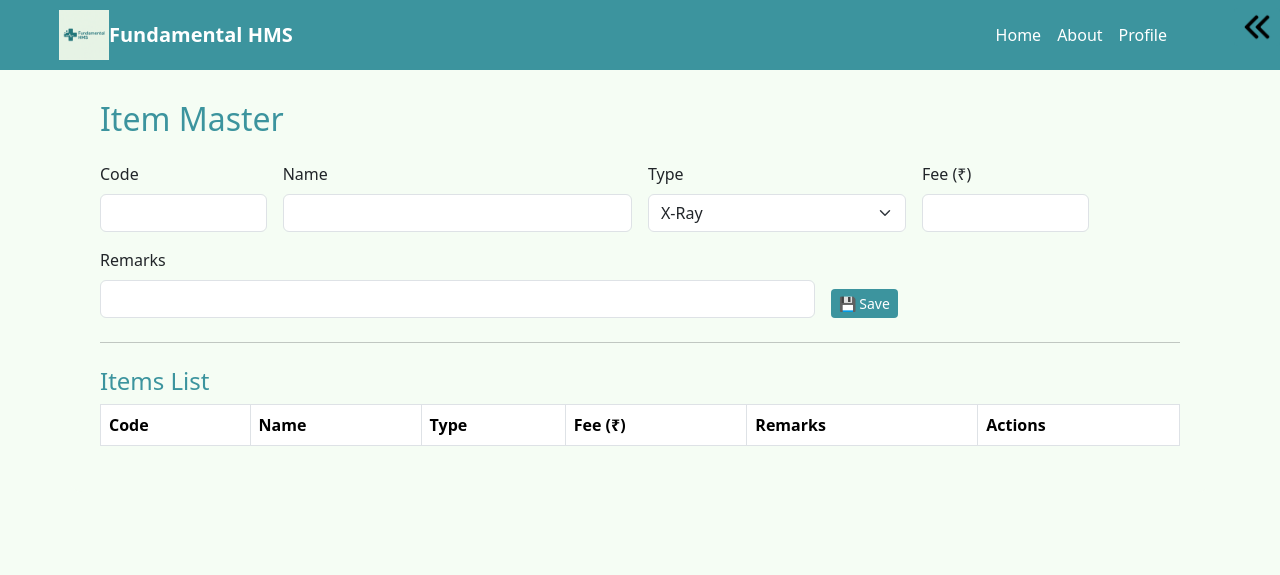
Repository: NAGENDRAN0/New
Page: http://localhost/master
An editor plug-in stored every save of this project. The page is shown before and after the next save, followed by the edit.
The browser window is 1280 px wide. The pictures show the whole page.
The page is this project's Thymeleaf template; nobody is signed in. The template is opened directly, without the code that normally fills it, so the values that code supplies are empty.

Above is the page before, as saved 2025-05-15 11:10:28.

After the next save:
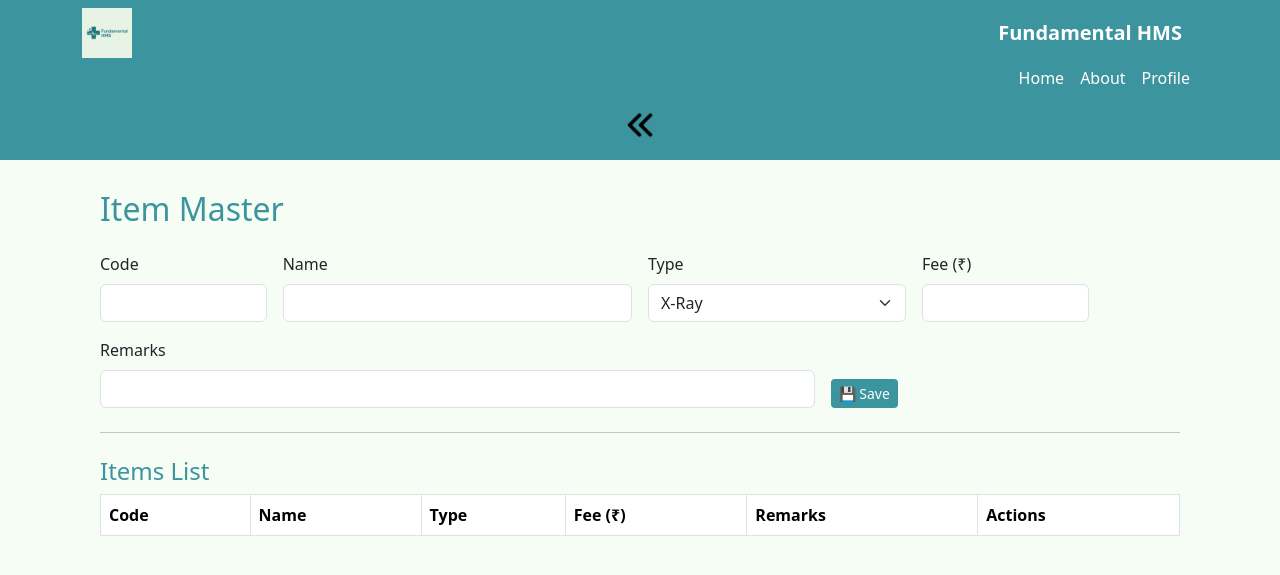
Saved 26 s later.
--- a/Documents/workspace-spring-tool-suite-4-4.25.0.RELEASE/HMS/src/main/resources/templates/master.html
+++ b/Documents/workspace-spring-tool-suite-4-4.25.0.RELEASE/HMS/src/main/resources/templates/master.html
@@ -11,34 +11,38 @@
 </head>
 <body class="">
 	<nav class="navbar navbar-expand-lg navbar-dark" style="background-color: #3C949E;">
-			<div class="container d-flex align-items-center">
-				<img th:src=@{/image/Logo.png} class="logo" width="50" height="50"/>
-				<a class="navbar-brand d-flex align-items-center" th:href="@{/}" style="color: white; font-weight: bold;">Fundamental HMS</a>
-				<button class="navbar-toggler" type="button" data-bs-toggle="collapse" data-bs-target="#navbarNav"
-					aria-controls="navbarNav" aria-expanded="false" aria-label="Toggle navigation">
-					<span class="navbar-toggler-icon"></span>
-				</button>
-				<div class="collapse navbar-collapse" id="navbarNav">
-					<ul class="navbar-nav ms-auto">
-						<li class="nav-item">
-							<a class="nav-link active" th:href="@{/}" style="color: white;">Home</a>
-						</li>
-						<li class="nav-item">
-							<a class="nav-link" th:href="@{/features}" style="color: white;">About</a>
-						</li>
-						<li class="nav-item">
-							<a class="nav-link" th:href="@{/contact}" style="color: white;">Profile</a>
-						</li>
-					</ul>
-				</div>
-			</div>
-			<div class="d-flex justify-content-center mb-3">
-			  <a href="/" class="btn btn-sm btn-custom">
-			    <img src="/image/back.png" height="30" width="30" alt="Back"/>
-			  </a>
-			</div>
+	  <div class="container d-flex flex-column align-items-center">
+	    <div class="d-flex align-items-center w-100 justify-content-between">
+	      <img th:src=@{/image/Logo.png} class="logo" width="50" height="50"/>
+	      <a class="navbar-brand d-flex align-items-center" th:href="@{/}" style="color: white; font-weight: bold;">Fundamental HMS</a>
+	      <button class="navbar-toggler" type="button" data-bs-toggle="collapse" data-bs-target="#navbarNav"
+	          aria-controls="navbarNav" aria-expanded="false" aria-label="Toggle navigation">
+	        <span class="navbar-toggler-icon"></span>
+	      </button>
+	    </div>
 
-		</nav>
+	    <div class="collapse navbar-collapse w-100" id="navbarNav">
+	      <ul class="navbar-nav ms-auto">
+	        <li class="nav-item">
+	          <a class="nav-link active" th:href="@{/}" style="color: white;">Home</a>
+	        </li>
+	        <li class="nav-item">
+	          <a class="nav-link" th:href="@{/features}" style="color: white;">About</a>
+	        </li>
+	        <li class="nav-item">
+	          <a class="nav-link" th:href="@{/contact}" style="color: white;">Profile</a>
+	        </li>
+	      </ul>
+	    </div>
+
+	    <div class="d-flex justify-content-center my-2 w-100">
+	      <a href="/" class="btn btn-sm btn-custom">
+	        <img src="/image/back.png" height="30" width="30" alt="Back"/>
+	      </a>
+	    </div>
+	  </div>
+	</nav>
+
 
 
   <div class="container" style="background-color: #f5fdf4; border-radius: 12px; padding: 30px;">

After the save that followed:
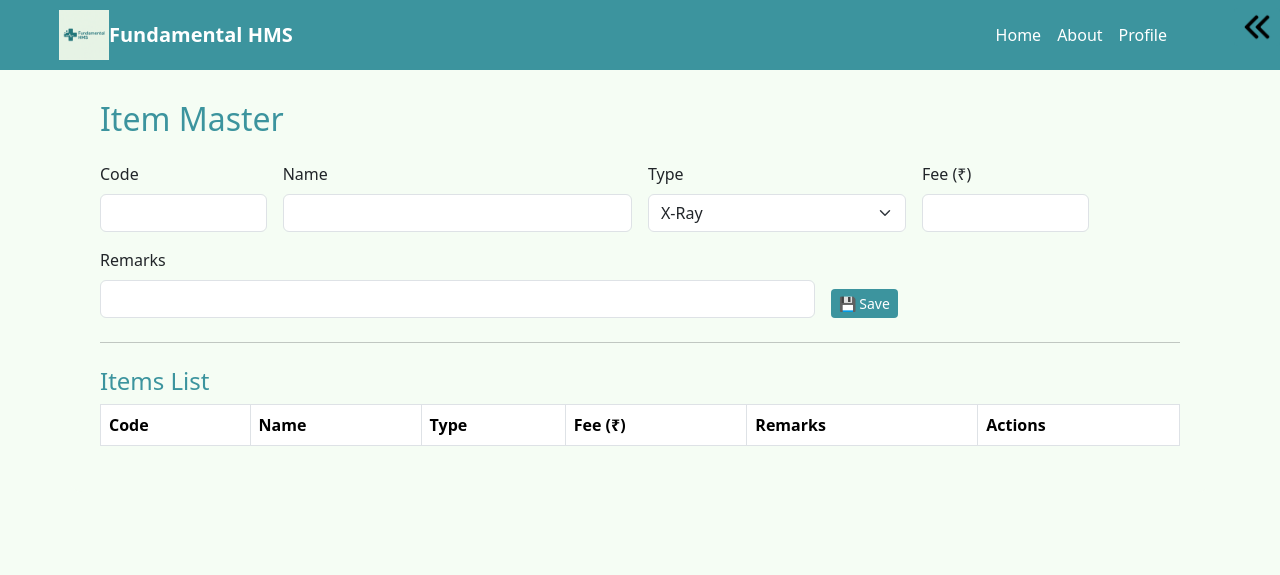
Saved 12 s later.
--- a/Documents/workspace-spring-tool-suite-4-4.25.0.RELEASE/HMS/src/main/resources/templates/master.html
+++ b/Documents/workspace-spring-tool-suite-4-4.25.0.RELEASE/HMS/src/main/resources/templates/master.html
@@ -11,38 +11,34 @@
 </head>
 <body class="">
 	<nav class="navbar navbar-expand-lg navbar-dark" style="background-color: #3C949E;">
-	  <div class="container d-flex flex-column align-items-center">
-	    <div class="d-flex align-items-center w-100 justify-content-between">
-	      <img th:src=@{/image/Logo.png} class="logo" width="50" height="50"/>
-	      <a class="navbar-brand d-flex align-items-center" th:href="@{/}" style="color: white; font-weight: bold;">Fundamental HMS</a>
-	      <button class="navbar-toggler" type="button" data-bs-toggle="collapse" data-bs-target="#navbarNav"
-	          aria-controls="navbarNav" aria-expanded="false" aria-label="Toggle navigation">
-	        <span class="navbar-toggler-icon"></span>
-	      </button>
-	    </div>
+			<div class="container d-flex align-items-center">
+				<img th:src=@{/image/Logo.png} class="logo" width="50" height="50"/>
+				<a class="navbar-brand d-flex align-items-center" th:href="@{/}" style="color: white; font-weight: bold;">Fundamental HMS</a>
+				<button class="navbar-toggler" type="button" data-bs-toggle="collapse" data-bs-target="#navbarNav"
+					aria-controls="navbarNav" aria-expanded="false" aria-label="Toggle navigation">
+					<span class="navbar-toggler-icon"></span>
+				</button>
+				<div class="collapse navbar-collapse" id="navbarNav">
+					<ul class="navbar-nav ms-auto">
+						<li class="nav-item">
+							<a class="nav-link active" th:href="@{/}" style="color: white;">Home</a>
+						</li>
+						<li class="nav-item">
+							<a class="nav-link" th:href="@{/features}" style="color: white;">About</a>
+						</li>
+						<li class="nav-item">
+							<a class="nav-link" th:href="@{/contact}" style="color: white;">Profile</a>
+						</li>
+					</ul>
+				</div>
+			</div>
+			<div class="d-flex justify-content-center mb-3">
+			  <a href="/" class="btn btn-sm btn-custom">
+			    <img src="/image/back.png" height="30" width="30" alt="Back"/>
+			  </a>
+			</div>
 
-	    <div class="collapse navbar-collapse w-100" id="navbarNav">
-	      <ul class="navbar-nav ms-auto">
-	        <li class="nav-item">
-	          <a class="nav-link active" th:href="@{/}" style="color: white;">Home</a>
-	        </li>
-	        <li class="nav-item">
-	          <a class="nav-link" th:href="@{/features}" style="color: white;">About</a>
-	        </li>
-	        <li class="nav-item">
-	          <a class="nav-link" th:href="@{/contact}" style="color: white;">Profile</a>
-	        </li>
-	      </ul>
-	    </div>
-
-	    <div class="d-flex justify-content-center my-2 w-100">
-	      <a href="/" class="btn btn-sm btn-custom">
-	        <img src="/image/back.png" height="30" width="30" alt="Back"/>
-	      </a>
-	    </div>
-	  </div>
-	</nav>
-
+		</nav>
 
 
   <div class="container" style="background-color: #f5fdf4; border-radius: 12px; padding: 30px;">
